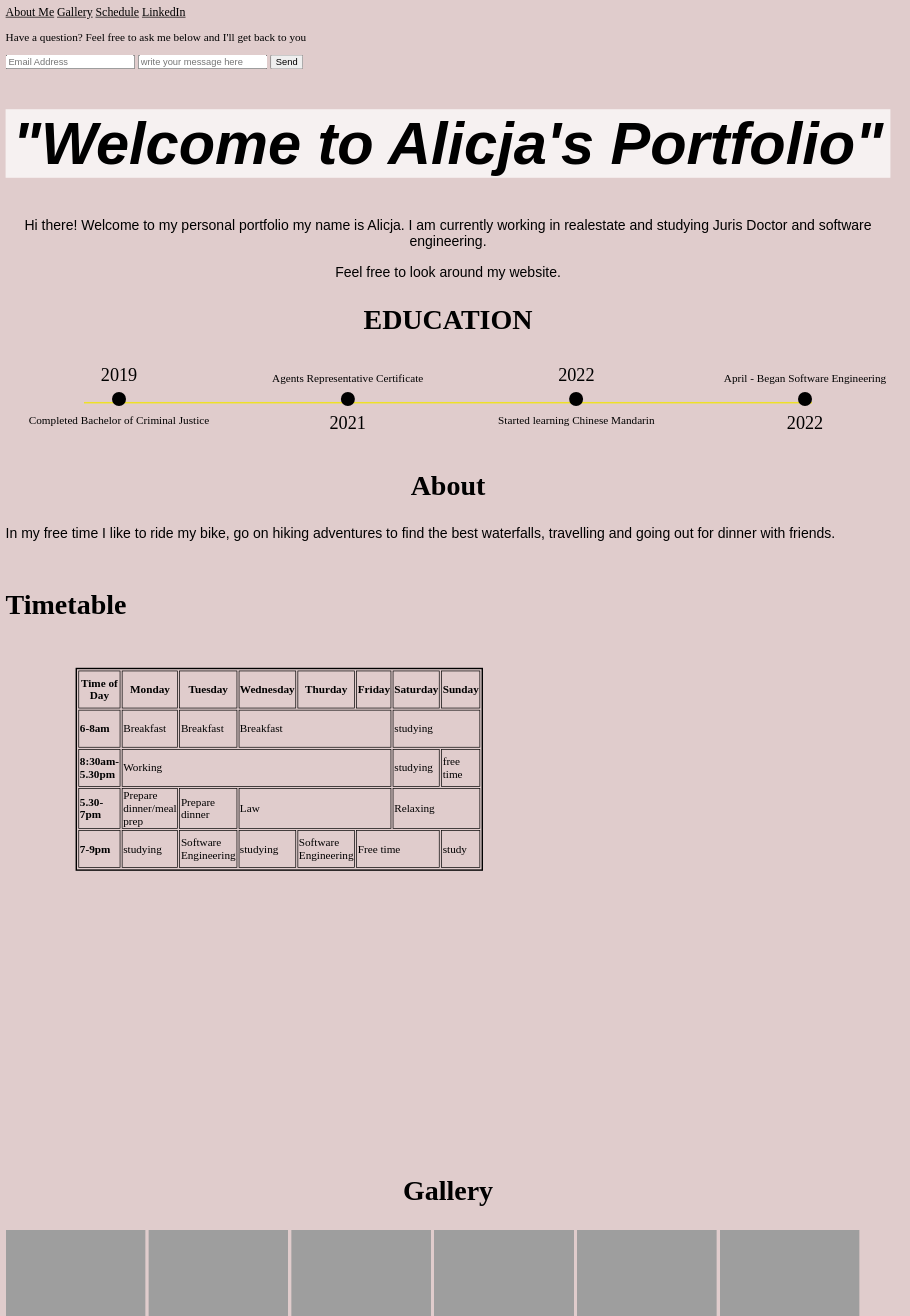
Repository: alicjasapieja/example-repository
Page: my-first-website/index.html
These files come from the project's save history. The page is drawn as it stood at one moment and after the next save; the edit follows.
The browser window is 1280 px wide. The page is 1300 px wide, so the pictures cover 1300 px, including what lies to the right of the window. The pictures show the part of the page from y = 0 to 1880 px (the page is 2543 px tall), at 70% of full size.
Pictures or frames that could not be fetched are drawn as grey boxes.

Above is the page before, as saved 2022-05-15 11:55:11.

### my-first-website/index.html
<!DOCTYPE html>
<html lang="en">

      <style>
             table, th, td {
            border: 1px solid black;
            width: 100px;
            height: 50px;
         }
      </style>
    <link rel="stylesheet" href="style.css">
    <title>My portfolio Website</title>
    <div class="topnav">
        <a href="#intro">About Me</a>
        <a href="#gallery">Gallery</a>
        <a href="#contact">Schedule</a>
        <a href="https://www.linkedin.com/in/alicja-sapieja-1264b0187/"> LinkedIn</a>
    </div>
  </head>
  <body><head>
    <p> Have a question? Feel free to ask me below and I'll get back to you </p>
    <form action="https://formsubmit.co/alicjasapieja1@gmail.com" method="POST">
    <input type="hidden" name="_subject" value="New submission Woo!">
    <input type="email" name="email" placeholder="Email Address"required>
    <input type="hidden" name="_next" value="https://alicja-sapieja.com/pages/thankyou.html">
    <input type="text" name="name" placeholder="write your message here "required>


    <button type="submit">Send</button>
  </form>




    <div id="intro">
        <h1>"Welcome to Alicja's Portfolio"</h1>
        <p>Hi there! Welcome to my personal portfolio my name is Alicja. I am currently working in realestate and studying Juris Doctor and software engineering.</p>
        <p> Feel free to look around my website.</p>
    </div>
    <div id="details">
        <h2 id="Career"> EDUCATION </h2>
        <ul class="timeline">
            <li data-year="2019" data-text="Completed Bachelor of Criminal Justice"></li>
            <li data-year="2021" data-text="Agents Representative Certificate"></li>
            <li data-year="2022" data-text="Started learning Chinese Mandarin"></li>
            <li data-year="2022" data-text="April - Began Software Engineering"></li>
        </ul>

        <div id="HOBBIES">
            <h2>About</h2>

            <p>In my free time I like to ride my bike, go on hiking adventures to find the best waterfalls, travelling and going out for dinner with friends.</p>

          <style>

<h8>Availability</h8>

table {

  margin-left: auto;
  margin-right: auto;

}

          </style>
          <table>
            <tr>
                <th style="width: 12.5%">Time of Day</th>
                <th style="width: 12.5%">Monday</th>
                <th style="width: 12.5%">Tuesday</th>
                <th style="width: 12.5%">Wednesday</th>
                <th style="width: 12.5%">Thurday</th>
                <th style="width: 12.5%">Friday</th>
                <th style="width: 12.5%">Saturday</th>
                <th style="width: 12.5%">Sunday</th>
            </tr>
               <h5 id= "Timetable-title">Timetable</h5>
                <tr>
                <td class="time"> 6-8am</td>
                <td>Breakfast</td>
                <td>Breakfast</td>
                <td colspan="3">Breakfast</td>
                <td colspan="2">studying</td>
            </tr>
            </div>
            <tr>
                <td class="time">8:30am-5.30pm</td>
                <td colspan="5">Working</td>
                <td>studying</td>
                <td>free time</td>
            </tr>
            <tr>
                <td class="time">5.30-7pm</td>
                <td>Prepare dinner/meal prep</td>
                <td>Prepare dinner</td>
                <td colspan="3">Law</td>
                <td colspan="2">Relaxing</td>
            </tr>
            <tr>
                <td class="time"> 7-9pm</td>
                <td>studying</td>
                <td>Software Engineering</td>
                <td>studying</td>
                <td>Software Engineering</td>
                <td colspan="2">Free time</td>
                <td>study</td>
            </tr>
        </table>



    <div id="gallery">
        <h2>Gallery</h2>
            <img src="img/beachsunset.JPG" alt="sunset on beach" title="summer">
            <img src="img/bikeriding.JPEG" alt="bikeriding" title="bike riding">
            <img src="img/oceanroad.JPG" alt="Road trip" title="Roadtrips">
            <img src="img/waterfallme.PNG" alt="waterfall" title="waterfalls">
            <img src="img/nobu.JPG" alt="nobu" title="Dinner at Nobu">
            <img src="img/darwinsunset.JPG" alt="darwinsunset" title="sunset">
            <img src="img/fishing.JPG" alt="fishingrod" title="fishing">
            <img src="img/drinkwatermelon.JPG" alt="watermelondrink" title="tetsujin">
            <img src="img/bia.JPG" alt="bia" title="BIA">
            <img src="img/bigwaterfall.JPG" alt="bigwaterfall" title="waterfall">
            <img src="img/paris.JPG" alt="paris" title="travel in paris">
            <img src="img/foodpool.JPG" alt="food" title="lunch">


  </body>

      <h3 id="Enquiry">Contact</h3>
      <form>
        <input type="text" name="name" placeholder="Full Name"> <br>
        <input type="text" name="email" placeholder="Email Address"> <br>
        <input type="text-box" name="reason" placeholder="how can I help you"> <br>
        <input type="submit" name="submit" value="Submit">
    </form>




</html>

### my-first-website/style.css
.topnav {
  background-color: rgba(209, 212, 114, 0);
  display: block;
}

.topnav a {
  color: rgb(0, 0, 0);
  font-size: 17px;
  display: inline-block;
}

.topnav a:hover {
  color: black;
}

h1 {
  font-family:'arial';
  font-size: 85px;
  font-style:oblique;
  text-align: center;
  background-color: #ffffffb8;
}





#intro p {
  font-family: Arial;
  font-size: 20px;
  text-align: center;
  background-color: rgba(87, 87, 87, 0);
}

h2 {
  font-family: 'Lucinda Sans';
  font-size: 40px;
  text-align: center;
  font-style:normal;

}


#details p {
  font-family: Arial, Helvetica, sans-serif;
  font-size: 20px;
}
body {
  background: rgb(224, 204, 204);
  background-image: url();
}


h5 {
  text-align: right
  font-family: 'Lucinda Sans';
  font-size: 40px;
  font-style:normal;

}

h8 {
  text-align: right;
  font-family: 'Lucinda Sans';
  font-size: 40px;
  font-style:normal;
}

table {
  border-width: 2px;
  border-color: black;
  margin-right: 250px;
}

.time {
  font-weight: bold;
}

img {
  width: 200px;
  height: 300px;
}

.largerimg {
  width: 400px;
  height: 300px;
}

h3 {
  font-family: 'Lucinda Sans';
  font-size: 30px;
  color: rgb(0, 0, 0);

}

.timeline {
  width:1000px;
  height: 30px;
  list-style: none;
  text-align: justify;
  margin: 80px auto;
  background: linear-gradient(to bottom, rgba(127, 212, 8, 0) 0%, rgba(255,255,255,0) 45%, rgb(240, 229, 6) 51%, rgba(255,255,255,0) 57%, rgba(255,255,255,0) 100%);
}

.timeline:after {
  display: inline-block;
  content: "";
  width: 100%;
}



.timeline li {
  display: inline-block;
  width: 20px;
  height: 20px;
  background: #000000;
  text-align: center;
  line-height: 1.2;
  position: relative;
  border-radius: 50%;
}
.timeline li:before {
  display: inline-block;
  width: 200px;
  content: attr(data-year);
  font-size: 26px;
  position: absolute;
  left: 50%;
  transform: translateX(-50%);
}

.timeline li:nth-child(odd):before {
  top: -40px;
}

.timeline li:nth-child(even):before {
  bottom: -40px;
}

.timeline li:after {
  display: inline-block;
  width: 300px;
  content: attr(data-text);
  font-size: 16px;
  position: absolute;
  left: 50%;
  transform: translateX(-50%);
}

.timeline li:nth-child(odd):after {
  bottom: 0;
  margin-bottom: -10px;
  transform: translate(-50%, 100%);
}
.timeline li:nth-child(even):after {
  top: 0;
  margin-top: -10px;
  transform: translate(-50%, -100%);
}

#Hobbies {
  float:right;
  width: 500px;
  margin-left: 500px;

}

#timetable {
  float:left;
  width: 300px;
  margin-left:1000px;
}

table {
  float:left;
  margin-left: 100px;
  margin-right: 20px;
}

h4 {
  font-family: 'Lucinda Sans';
  font-size: 30px;
  text-align: center;
  font-style:normal;
}

#gallery {
  float: left;
   display: block;
   margin-top: 400px;
}

After the next save:
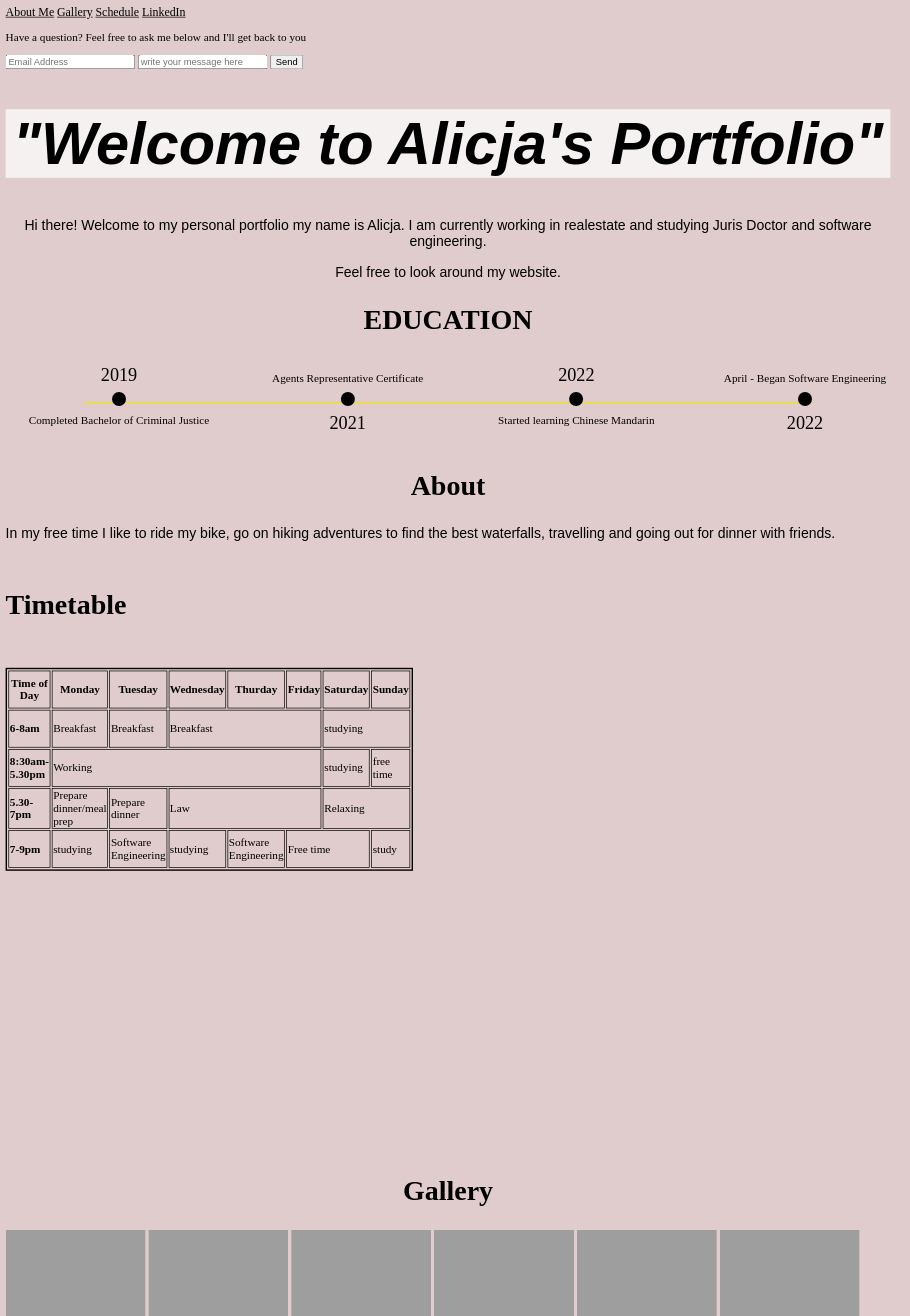
Saved 20 s later.
--- a/my-first-website/index.html
+++ b/my-first-website/index.html
@@ -53,7 +53,6 @@
 
           <style>
 
-<h8>Availability</h8>
 
 table {
 
